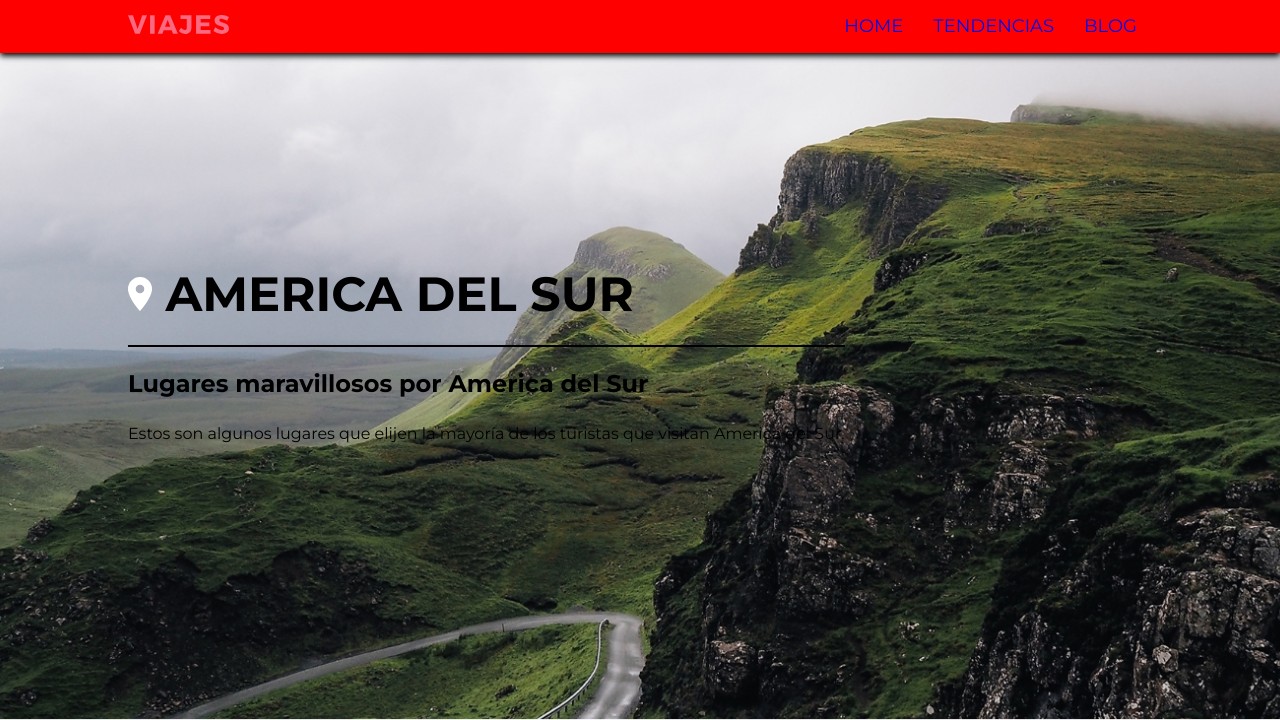
Repository: agustin-mesa/viajes
Page: /
An editor plug-in stored every save of this project. The page is shown before and after the next save, followed by the edit.
The browser window is 1280 px wide. The pictures show the whole page.
The project was rebuilt for these pictures with package versions that can differ from the ones it lists, and the page was loaded fresh each time. Also part of the build but not shown: src/components/styles/colors.module.scss.

Above is the page before, as saved 2021-11-11 18:57:16.

### public/index.html
<!DOCTYPE html>
<html lang="es">
  <head>
    <meta charset="utf-8" />
    <meta name="viewport" content="width=device-width, initial-scale=1" />
    <meta name="theme-color" content="#000000" />
    <meta
      name="description"
      content="Web site created using create-react-app"
    />
    <title>React App</title>
  </head>
  <body>
    <noscript>You need to enable JavaScript to run this app.</noscript>
    <div id="root"></div>
  </body>
</html>

### src/index.js
import React from "react";
import ReactDOM from "react-dom";
import App from "./App";
import "./index.css";

const Index = () => {
  return <App />;
};

ReactDOM.render(<Index />, document.getElementById("root"));

### src/App.js
import React from "react";
import { BrowserRouter } from "react-router-dom";
import Header from "./components/Header";
import Home from "./pages/Home";

const App = () => {
  return (
    <>
      <BrowserRouter>
        <Header />
        <Home />
      </BrowserRouter>
    </>
  );
};

export default App;

### src/index.css
@import url("https://fonts.googleapis.com/css2?family=Montserrat:wght@100;200;300;400;500;600;700&display=swap");

* {
  margin: 0;
  padding: 0;
  list-style: none;
  text-decoration: none;
  border: none;
  outline: none;
}

body {
  margin: 0;
  -webkit-font-smoothing: antialiased;
  -moz-osx-font-smoothing: grayscale;
  font-family: "Montserrat", sans-serif;
}

code {
  font-family: source-code-pro, Menlo, Monaco, Consolas, "Courier New",
    monospace;
}

### src/components/Header.js
import React from "react";
import { NavLink } from "react-router-dom";
import styled from "styled-components";

// Colors
import * as colors from "./styles/colors.module.scss";

// LOGO
import logo from "../Assets/logo/logo_01.svg";

const Header = () => {
  return (
    <ContainerHeader>
      <nav>
        <div className="header__logo">
          <NavLink to="#">
            <img src={logo} alt="Viajes" />
          </NavLink>
        </div>
        <ul>
          <li>
            <NavLink to="#">HOME</NavLink>
          </li>
          <li>
            <NavLink to="#">TENDENCIAS</NavLink>
          </li>
          <li>
            <NavLink to="#">BLOG</NavLink>
          </li>
        </ul>
      </nav>
    </ContainerHeader>
  );
};

const ContainerHeader = styled.header`
  position: fixed;
  top: 0;
  left: 0;
  right: 0;
  z-index: 999;
  background: red;
  background: ${colors.white};
  box-shadow: 0px 3px 6px ${colors.blackOpac};
  nav {
    display: flex;
    flex-direction: row;
    justify-content: space-between;
    align-items: center;
    padding: 15px 10%;
    ul {
      display: flex;
      flex-direction: row;
      justify-content: flex-end;
      align-items: center;
      width: 100%;
      li a {
        padding: 15px 15px;
        font: normal normal normal 18px/13px Montserrat;
        color: ${colors.blueRelax};
        transition: all 0.2s ease;
      }
      li a:hover {
        color: ${colors.darkblue};
      }
    }
  }
`;

export default Header;

### src/pages/Home.js
import React from "react";
import styled from "styled-components";

import * as colors from "../components/styles/colors.module.scss";

// IMG
import viajesHero from "../Assets/img/Viajes_Hero.jpg";
import icPin from "../Assets/iconos/ic_pin.svg";

const Home = () => {
  return (
    <ContainerHome>
      <HeroWrapper>
        <div className="hero__title">
          <h2>
            <img src={icPin} alt="" /> AMERICA DEL SUR
          </h2>
          <hr />
          <h3>Lugares maravillosos por America del Sur</h3>
          <p>
            Estos son algunos lugares que elijen la mayoría de los turistas que
            visitan America del Sur.
          </p>
        </div>
      </HeroWrapper>
    </ContainerHome>
  );
};

const ContainerHome = styled.div`
  position: relative;
  width: 100%;
  height: 100vh;
  background-image: url(${viajesHero});
  background-size: cover;
  background-position: center;
`;

const HeroWrapper = styled.div`
  position: absolute;
  top: 0;
  bottom: 0;
  left: 10%;
  right: 10%;
  display: flex;
  align-items: center;
  .hero__title {
    display: flex;
    align-items: flex-start;
    justify-content: center;
    flex-direction: column;
    color: ${colors.white};

    h2 {
      font: normal normal bold 48px/42px Montserrat;
    }
    hr {
      width: 100%;
      border-bottom: 2px solid ${colors.white};
      margin: 30px 0 20px;
    }
    h3 {
      font: normal normal bold 24px/34px Montserrat;
    }
    p {
      margin: 20px 0 0;
      line-height: 28px;
      font: normal normal normal 16px/26px Montserrat;
    }
  }
`;

export default Home;

After the next save:
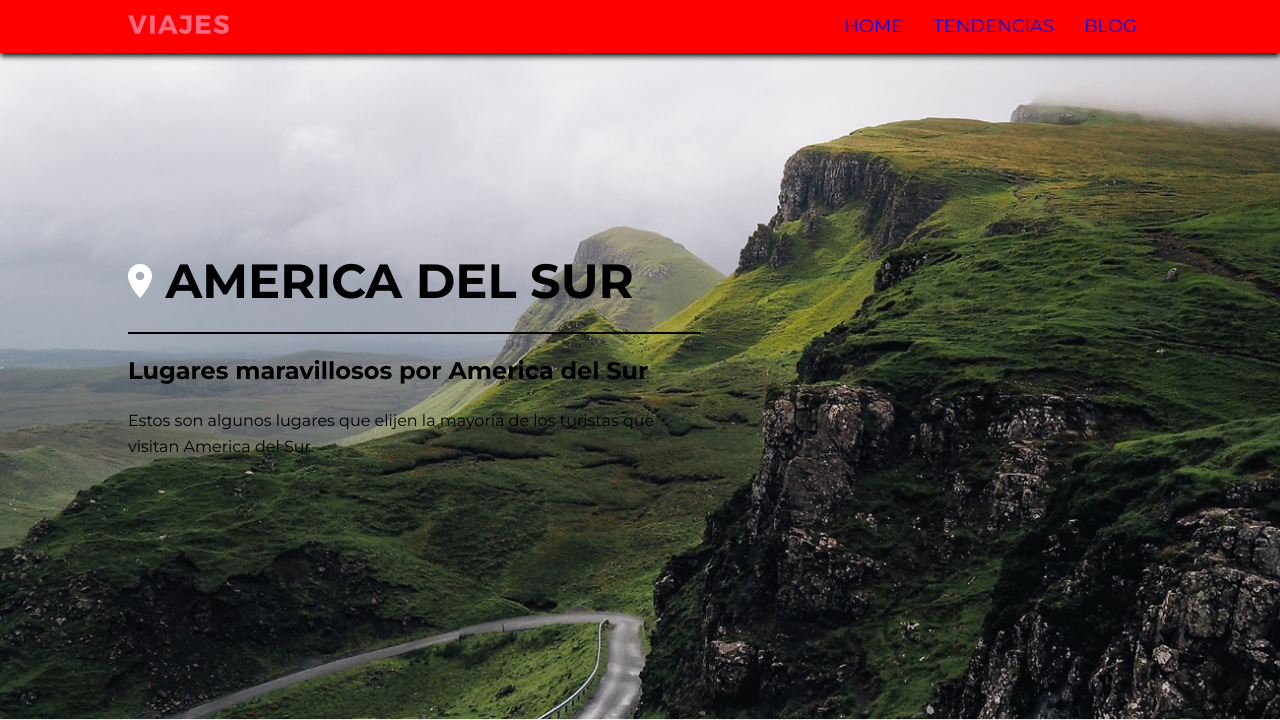
Saved 63 s later.
--- a/src/pages/Home.js
+++ b/src/pages/Home.js
@@ -55,7 +55,7 @@ const HeroWrapper = styled.div`
       font: normal normal bold 48px/42px Montserrat;
     }
     hr {
-      width: 100%;
+      width: 80%;
       border-bottom: 2px solid ${colors.white};
       margin: 30px 0 20px;
     }
@@ -66,6 +66,7 @@ const HeroWrapper = styled.div`
       margin: 20px 0 0;
       line-height: 28px;
       font: normal normal normal 16px/26px Montserrat;
+      width: 80%;
     }
   }
 `;
